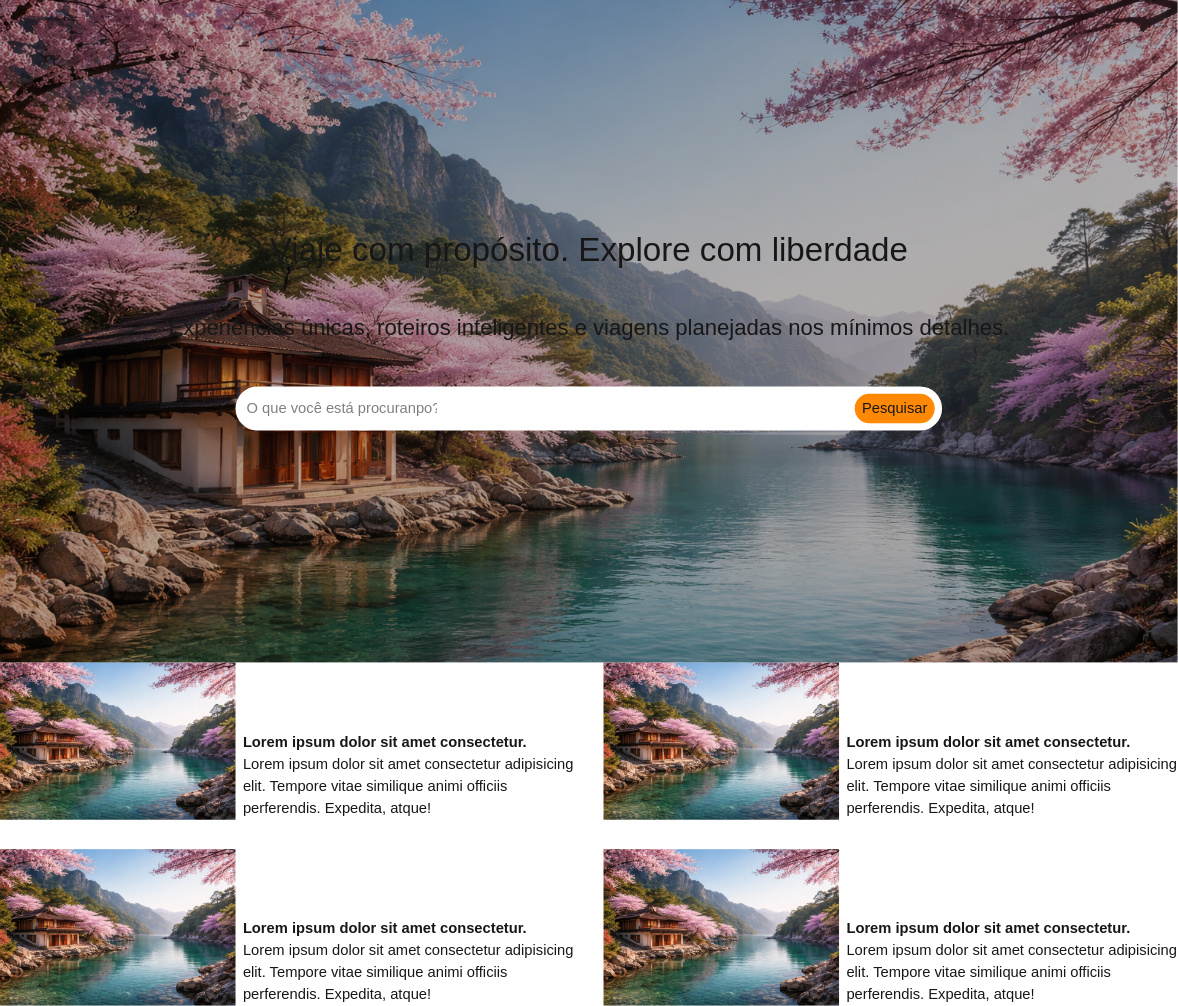
Repository: pedroantoniosi/tripicon-site
Page: /home
An editor plug-in stored every save of this project. The page is shown before and after the next save, followed by the edit.
The browser window is 1280 px wide. The pictures show the whole page, at 92% of full size.
The project was rebuilt for these pictures with package versions that can differ from the ones it lists, and the page was loaded fresh each time. The framework's server and built-in components were replaced by stand-ins that run in the browser. Also part of the build but not shown: next.config.ts.

Above is the page before, as saved 2026-04-01 15:43:45.

### src/app/layout.tsx
import type { Metadata } from "next";
import { Geist, Geist_Mono } from "next/font/google";
import "./globals.css";

const geistSans = Geist({
  variable: "--font-geist-sans",
  subsets: ["latin"],
});

const geistMono = Geist_Mono({
  variable: "--font-geist-mono",
  subsets: ["latin"],
});

export const metadata: Metadata = {
  title: "Create Next App",
  description: "Generated by create next app",
};

export default function RootLayout({
  children,
}: Readonly<{
  children: React.ReactNode;
}>) {
  return (
    <html
      lang="en"
      className={`${geistSans.variable} ${geistMono.variable} h-full antialiased`}
    >
      <body className="min-h-full flex flex-col">{children}</body>
    </html>
  );
}

### src/app/home/page.tsx
import styles from "./page.module.css";
import Searchbar from "@/components/searchbar/searchbar";

export default function Home() {
  return (
    <>
      <div className={styles.heroContainer}>
        <div className={`${styles.heroCaption} col gap-2`}>
          <h1 className="text-4xl  text-center">
            {" "}
            Viaje com propósito. Explore com liberdade
          </h1>
          <p className="text-md lg:text-2xl text-center m-[3rem]">
            Experiências únicas, roteiros inteligentes e viagens planejadas nos
            mínimos detalhes.
          </p>
          <Searchbar />
        </div>
      </div>
      <div className="grid grid-cols-1 md:grid-cols-2 gap-[2rem]">
        {Array.from({ length: 4 }).map((_, index) => (
          <div key={index} className="flex gap-[.5rem]">
            <img
              className="max-w-[100px] lg:max-w-[20vw]"
              src="/images/banner.png"
              alt=""
            />
            <div className="caption md:content-end">
              <h2 className="font-bold font">
                Lorem ipsum dolor sit amet consectetur.
              </h2>
              <p className="max-w-[450px]">
                Lorem ipsum dolor sit amet consectetur adipisicing elit. Tempore
                vitae similique animi officiis perferendis. Expedita, atque!
              </p>
            </div>
          </div>
        ))}
      </div>
    </>
  );
}

### src/app/globals.css
@import "tailwindcss";
@tailwind base;
@tailwind components;
@tailwind utilities;

:root {
  --background: #ffffff;
  --foreground: #171717;
  --primaryColor: #
}

@media (prefers-color-scheme: dark) {
  :root {
    --background: #0a0a0a;
    --foreground: #ededed;
  }
}

body {
  background: var(--background);
  color: var(--foreground);
  font-family: Arial, Helvetica, sans-serif;
}

### src/app/home/page.module.css
.heroContainer {
    padding: 1rem;
    position: relative;
    display: grid;
    place-items: center;
    z-index: 1;
    min-height: 50svh;

    &::after {
        content: ' ';
        position: absolute;
        width: 100%;
        height: 100%;
        left: 0;
        bottom: 0;
        background-image: url('/images/banner.png');
        background-size: cover;
        z-index: -1;
        filter: brightness(70%);
    }

    & .heroTitle {
        max-width: 1024px;
        text-align: center;
    }
}


@media (min-width: 1024px) {
    .heroContainer {
        padding: 2rem;
        min-height: 100vh;
    }

    .heroContainer .heroTitle {
        max-width: 1200px;
    }
}

### src/components/searchbar/searchbar.tsx
export default function searchbar() {
  return (
    <>
      <div className="p-[.5rem] bg-white rounded-full flex justify-between m-auto max-w-[768px]">
        <input
          className="p-1 text-black outline-none border-none"
          type="text"
          placeholder="O que você está procuranpo?"
        />
        <button className="bg-orange-400 px-2 rounded-full">Pesquisar</button>
      </div>
    </>
  );
}

After the next save:
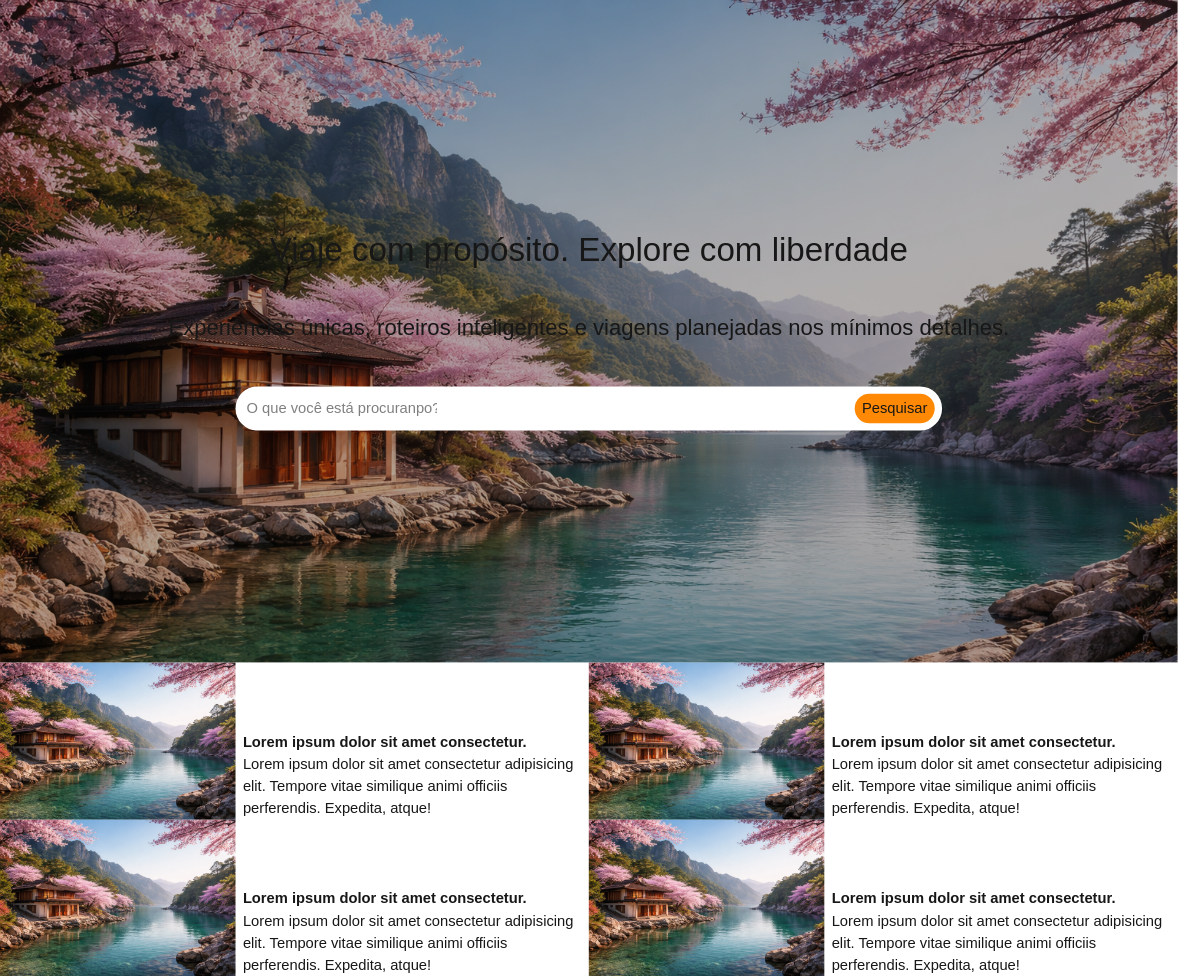
Saved 15 s later.
--- a/src/app/home/page.tsx
+++ b/src/app/home/page.tsx
@@ -17,7 +17,7 @@
           <Searchbar />
         </div>
       </div>
-      <div className="grid grid-cols-1 md:grid-cols-2 gap-[2rem]">
+      <div className="grid grid-cols-1 md:grid-cols-2 ">
         {Array.from({ length: 4 }).map((_, index) => (
           <div key={index} className="flex gap-[.5rem]">
             <img

After the save that followed:
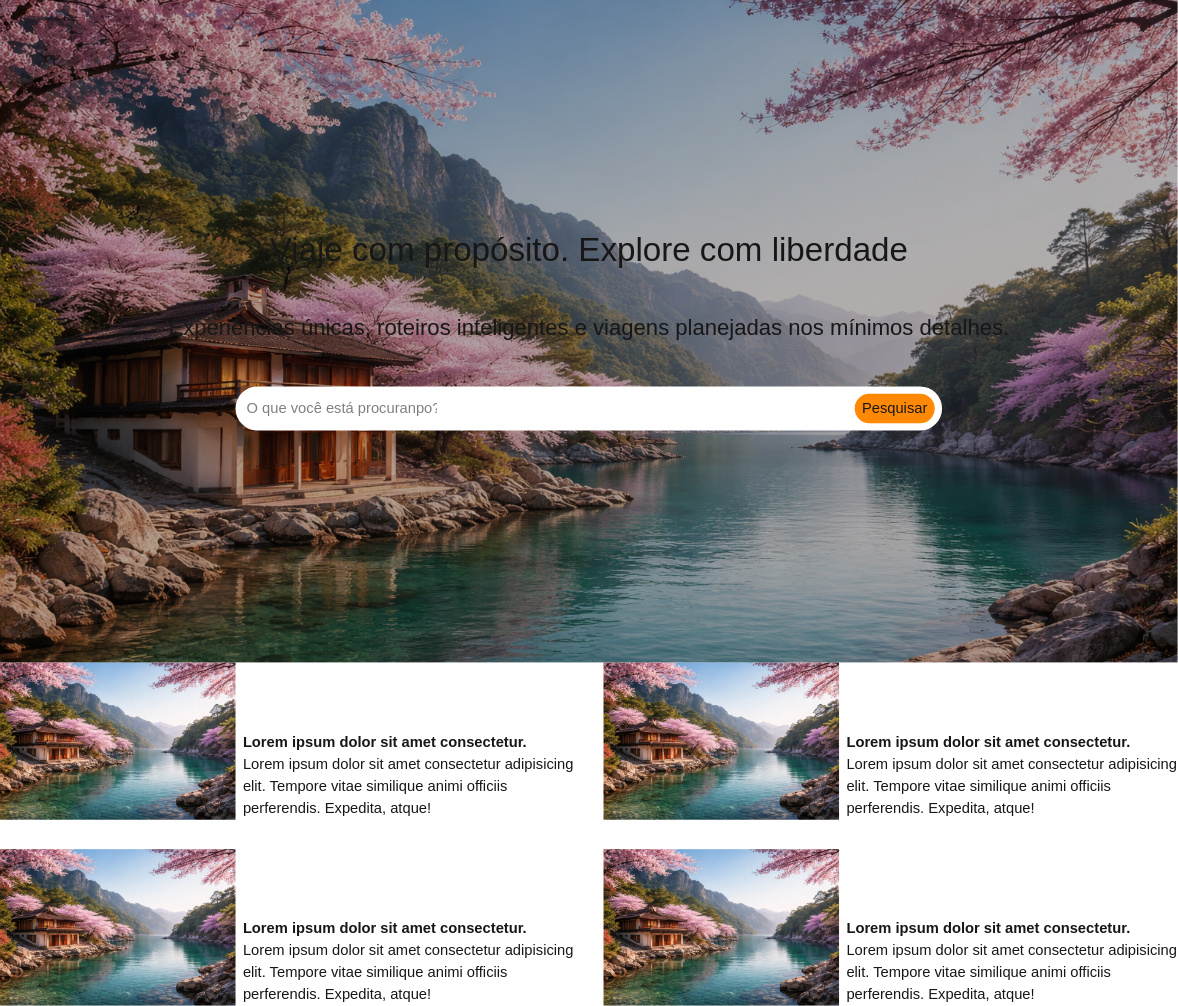
Saved 11 s later.
--- a/src/app/home/page.tsx
+++ b/src/app/home/page.tsx
@@ -17,7 +17,7 @@
           <Searchbar />
         </div>
       </div>
-      <div className="grid grid-cols-1 md:grid-cols-2 ">
+      <div className="grid grid-cols-1 md:grid-cols-2 gap-[2rem]">
         {Array.from({ length: 4 }).map((_, index) => (
           <div key={index} className="flex gap-[.5rem]">
             <img
